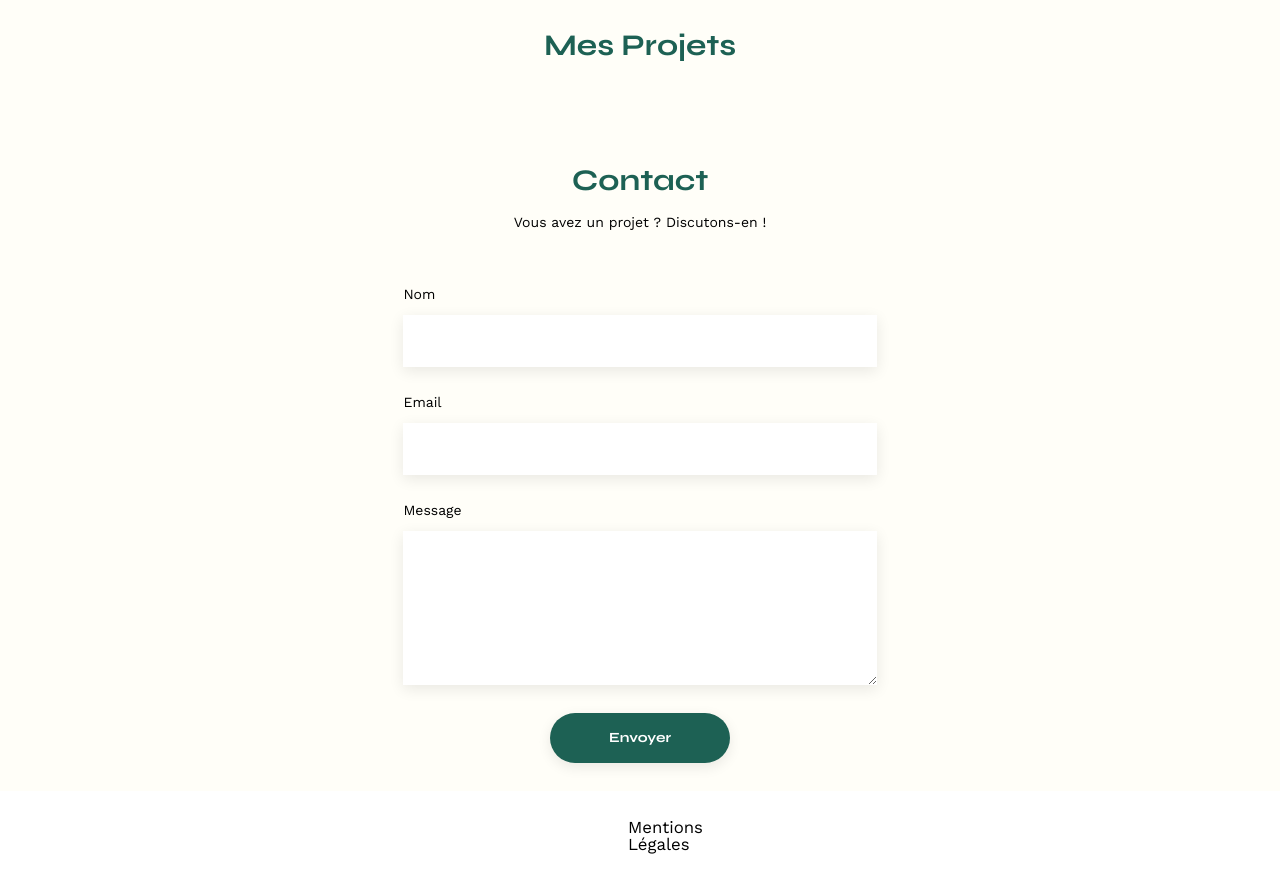
Repository: moopits/p6
Page: FrontEnd/index.html
An editor plug-in stored every save of this project. The page is shown before and after a run of saves, followed by the edit.
The browser window is 1280 px wide. The pictures show the part of the page from y = 486 to 1366 px (the page is 1366 px tall before and 1350 px after).
A picture or video elsewhere on the page could not be fetched, so the positions and the page height are approximate. The page's requests for data from a server got no answer.

Above is the page before, as saved 2024-02-16 04:18:51.

After the next 2 saves:
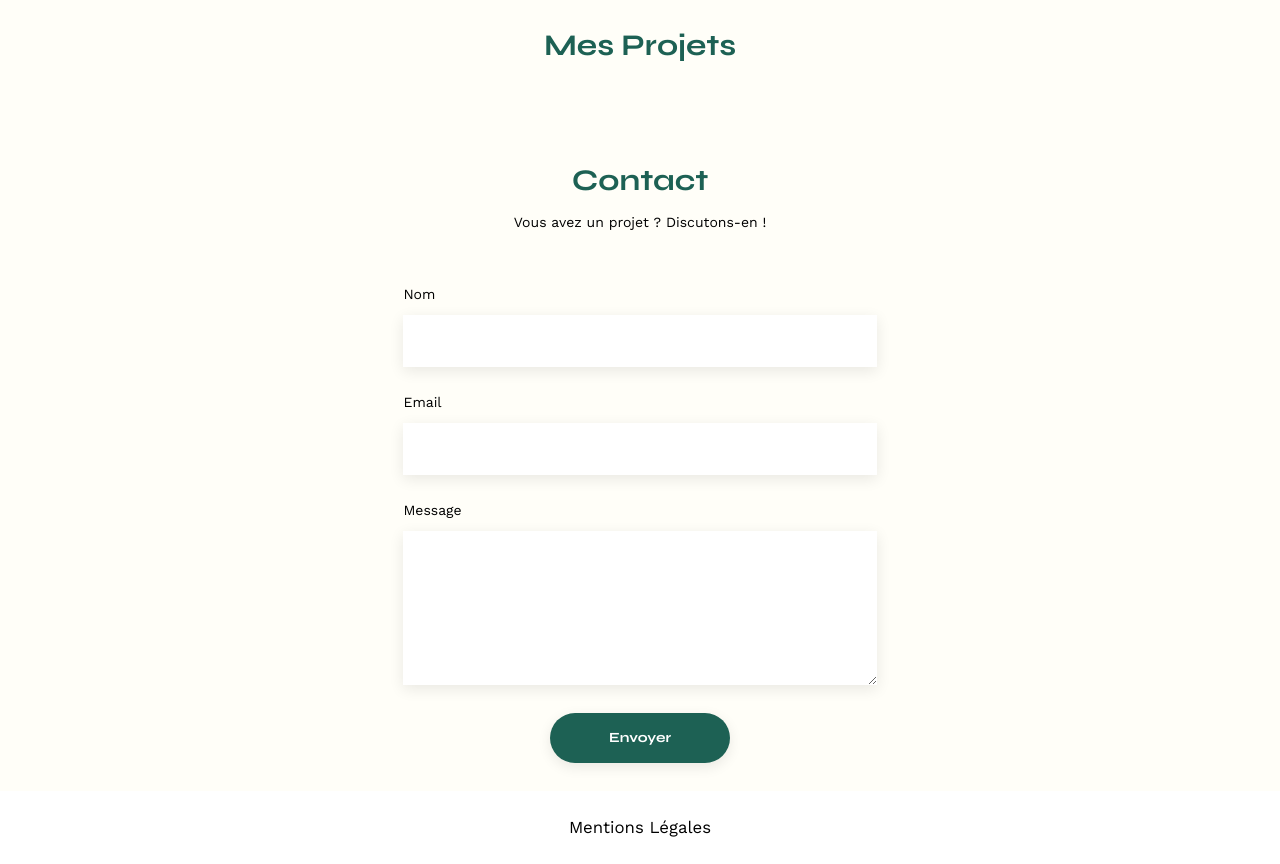
The 2 saves are shown as one change because they came seconds apart.
The last was saved 81 s later.
--- a/FrontEnd/assets/style.css
+++ b/FrontEnd/assets/style.css
@@ -447,7 +447,8 @@ header nav a {
 }
 
 .footer-nav {
-	width: 100px;
+	width: 1440
+	px;
     display: flex;
     justify-content: space-around;
     align-items: center;
